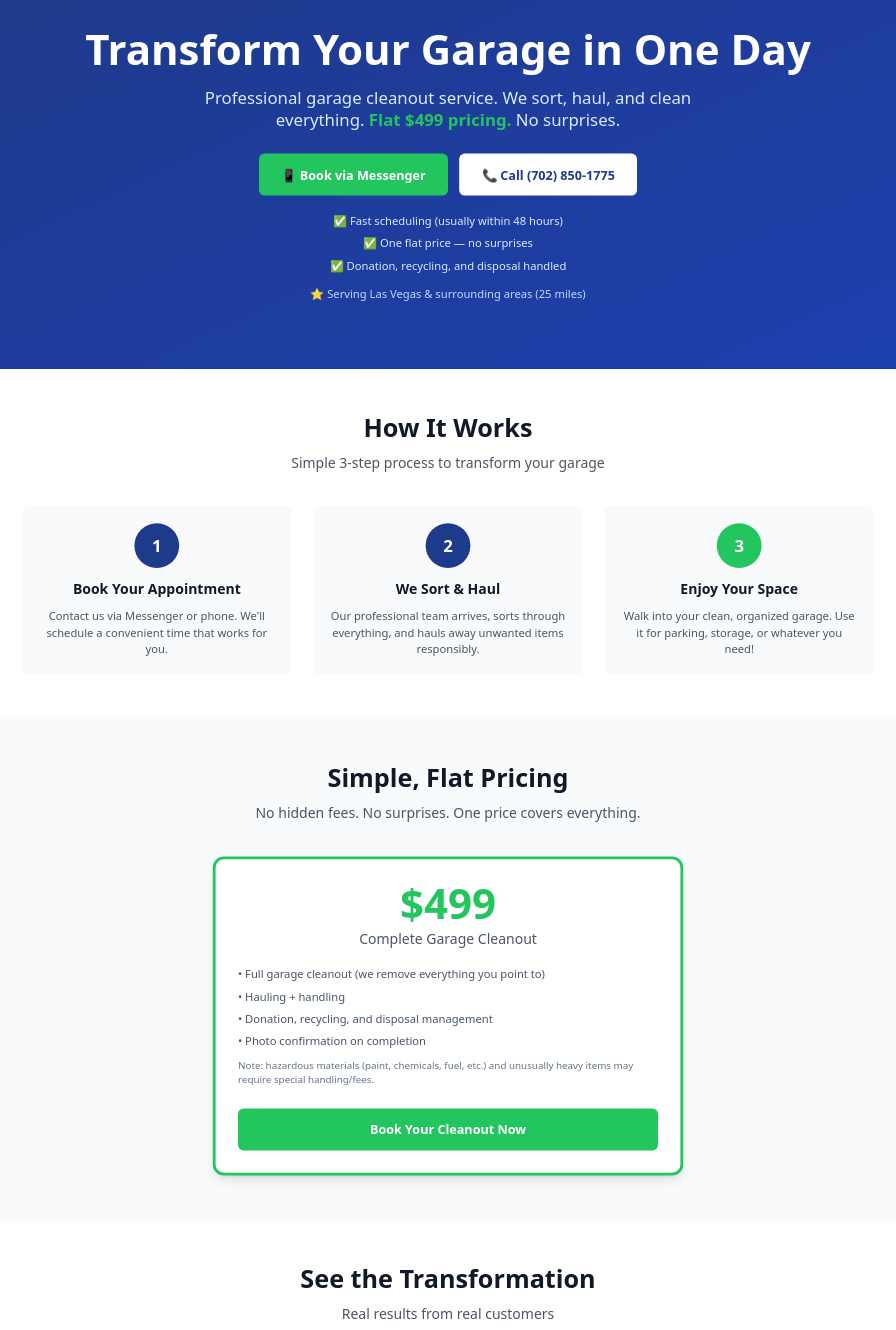
Repository: nikwhite1169/garagegone
Page: index.html
These files come from the project's save history. The page is drawn as it stood at one moment and after a run of saves; the edit follows.
The browser window is 1280 px wide. The pictures show the part of the page from y = 129 to 2029 px (the page is 5133 px tall before and 4558 px after), at 70% of full size.
Pictures or frames that could not be fetched are drawn as grey boxes. Some web libraries are served in a nearby version.

Above is the page before, as saved 2025-09-15 13:45:48.

After the next 2 saves:
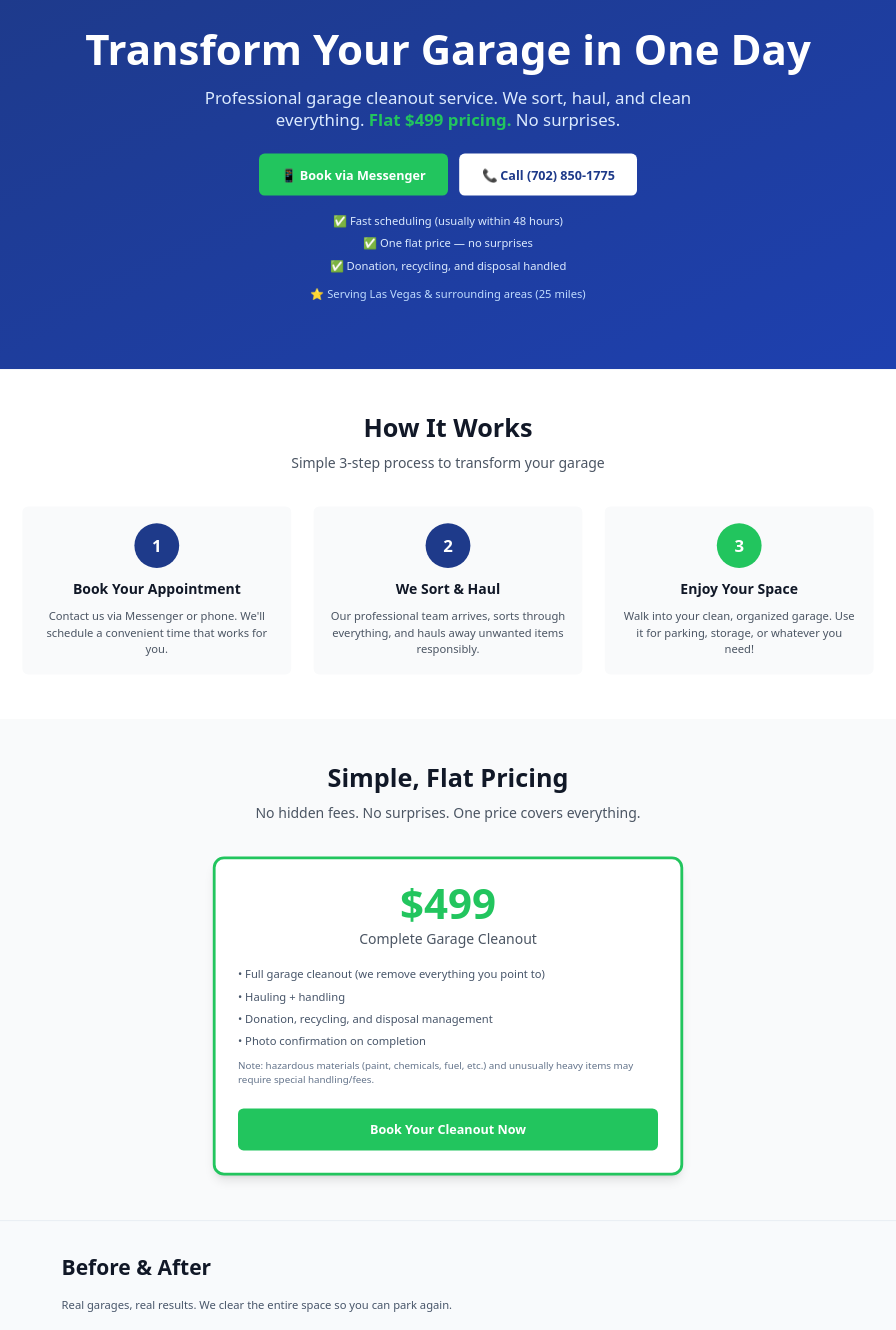
The 2 saves are shown as one change because they came seconds apart.
The last was saved 91 s later.
--- a/index.html
+++ b/index.html
@@ -241,35 +241,6 @@
         </div>
     </section>
 
-    <!-- Before/After Section -->
-    <section class="py-16 bg-white">
-        <div class="max-w-7xl mx-auto px-4 sm:px-6 lg:px-8">
-            <div class="text-center mb-12">
-                <h3 class="text-3xl md:text-4xl font-bold text-gray-900 mb-4">See the Transformation</h3>
-                <p class="text-xl text-gray-600">Real results from real customers</p>
-            </div>
-
-            <div class="grid md:grid-cols-2 gap-8 max-w-4xl mx-auto">
-                <div class="text-center">
-                    <h4 class="text-xl font-bold mb-4 text-red-600">Before</h4>
-                    <div class="bg-gray-200 rounded-lg aspect-video flex items-center justify-center">
-                        <img src="https://via.placeholder.com/400x300/cccccc/666666?text=Before+Photo"
-                             alt="Cluttered garage before GarageGone cleanout service"
-                             class="rounded-lg w-full h-full object-cover">
-                    </div>
-                </div>
-
-                <div class="text-center">
-                    <h4 class="text-xl font-bold mb-4 text-brand-green">After</h4>
-                    <div class="bg-gray-200 rounded-lg aspect-video flex items-center justify-center">
-                        <img src="https://via.placeholder.com/400x300/22c55e/ffffff?text=After+Photo"
-                             alt="Clean, organized garage after GarageGone cleanout service"
-                             class="rounded-lg w-full h-full object-cover">
-                    </div>
-                </div>
-            </div>
-        </div>
-    </section>
 
     <!-- Before & After Gallery (replaces Reviews) -->
     <section class="bg-slate-50 border-y border-slate-200">
@@ -280,7 +251,6 @@
           <img src="https://images.unsplash.com/photo-1582582494700-1c476f9b7f8a?q=80&w=1200&auto=format&fit=crop" alt="Cluttered garage before cleanout" class="rounded-2xl border shadow-sm object-cover w-full h-64 md:h-80">
           <img src="https://images.unsplash.com/photo-1600585154526-990dced4db0d?q=80&w=1200&auto=format&fit=crop" alt="Clean garage after cleanout with car parked" class="rounded-2xl border shadow-sm object-cover w-full h-64 md:h-80">
         </div>
-        <p class="text-xs text-slate-500 mt-3">*Have before/after photos? We'll swap these placeholders after our first jobs.</p>
       </div>
     </section>
 
